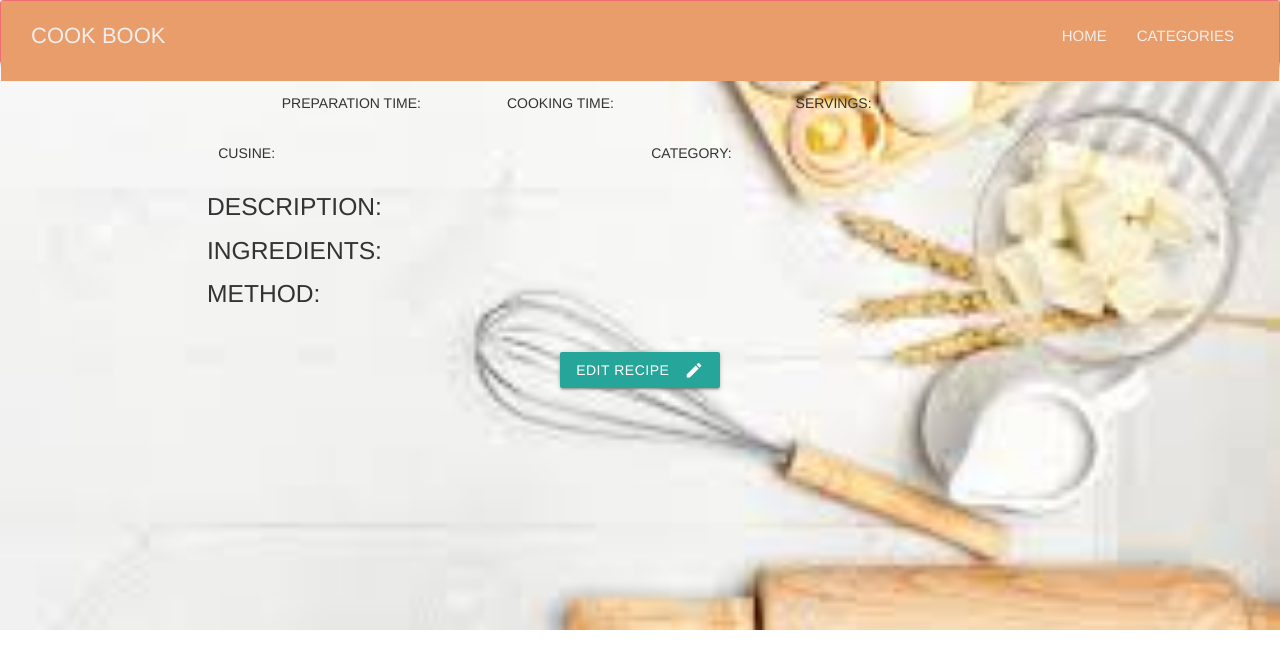
Repository: atena123/COOK-BOOK
Page: templates/viewrecipe.html
The author's editor kept a record of every edit. The page is drawn from the files as they stood at one moment, then again after the next edit.
The browser window is 1280 px wide. The pictures show the whole page.
Some web libraries are served in a nearby version. The page is served by the project's application, run on Flask 3 (app.py). The template is opened directly, without the code that normally fills it, so the values that code supplies are empty.

Above is the page before.

After the next edit:
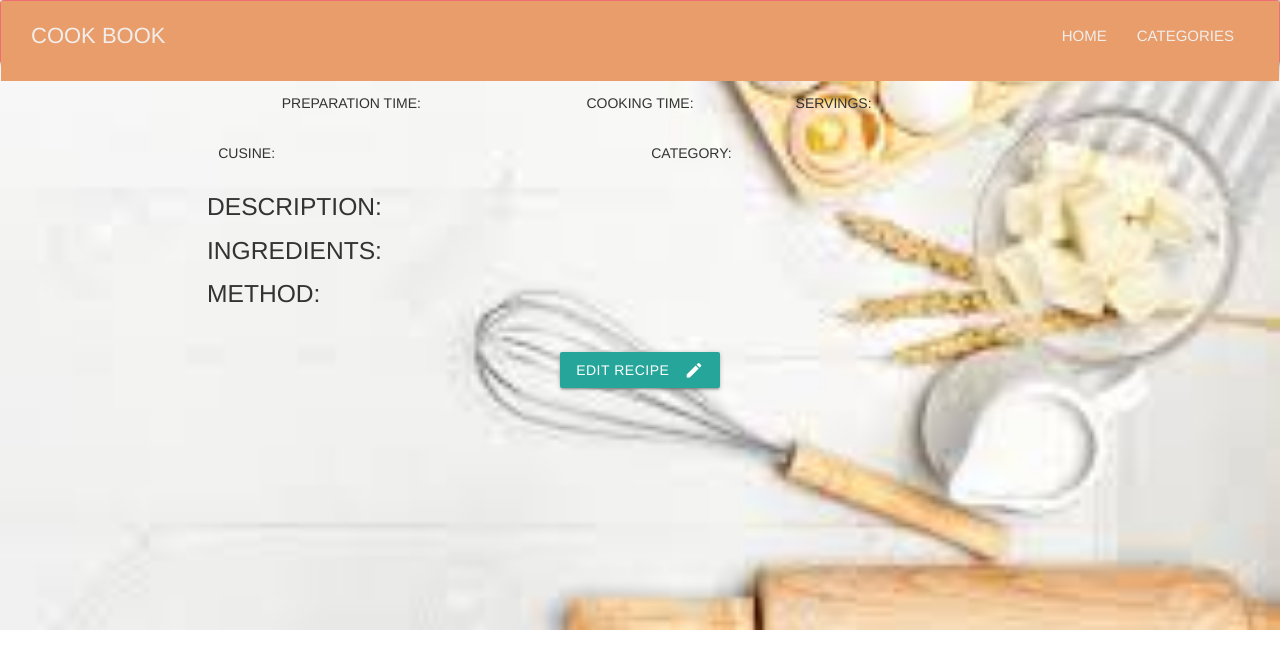
The edit:
--- a/templates/viewrecipe.html
+++ b/templates/viewrecipe.html
@@ -9,7 +9,7 @@
         <div class="col s4 heading">
         <p>PREPARATION TIME: {{recipe.preparation_time}}</p>
         </div>
-        <div class="col s4"
+        <div class="col s4">
         <p class="heading">COOKING TIME: {{recipe.cooking_time}}</p>
         </div>
         <div class="col s4"
